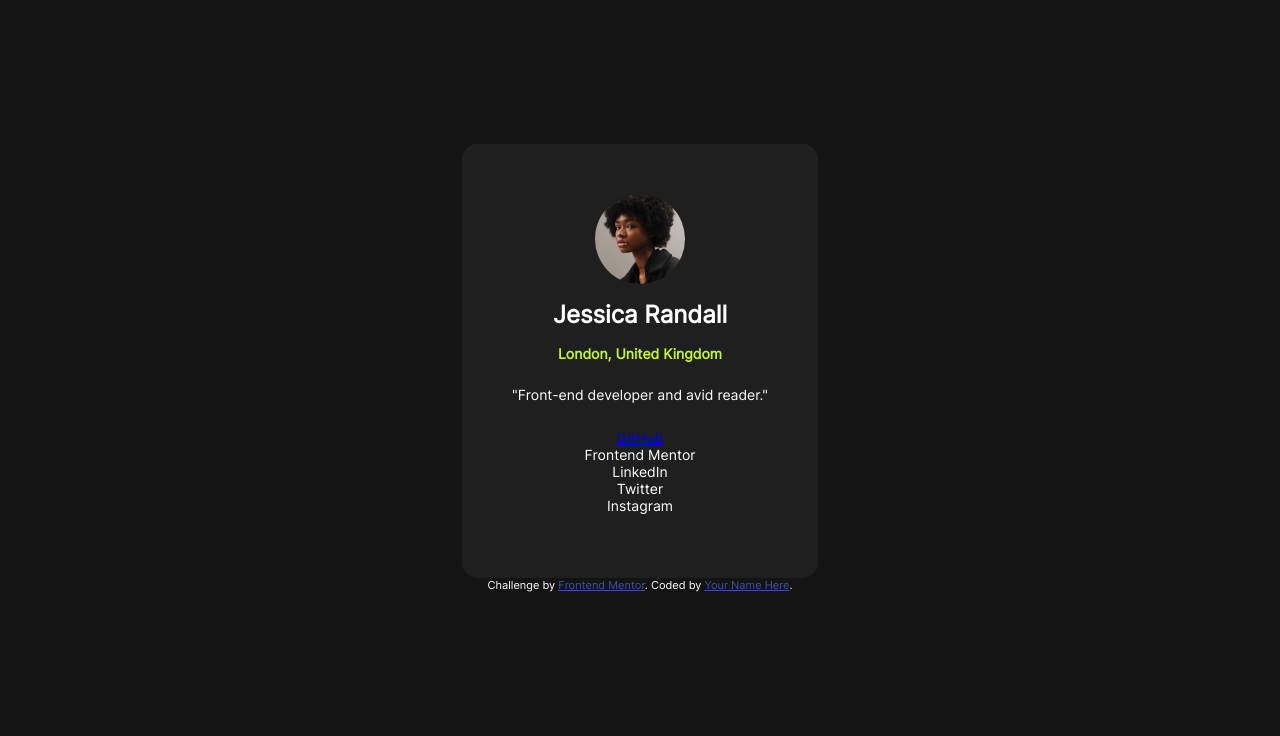
Repository: RudyJ/social-links-profile
Page: index.html
An editor plug-in stored every save of this project. The page is shown before and after the next save, followed by the edit.
The browser window is 1280 px wide. The pictures show the whole page.

Above is the page before, as saved 2024-04-02 19:57:18.

### index.html
<!DOCTYPE html>
<html lang="en">
<head>
  <meta charset="UTF-8">
  <meta name="viewport" content="width=device-width, initial-scale=1.0"> <!-- displays site properly based on user's device -->

  <link rel="icon" type="image/png" sizes="32x32" href="./assets/images/favicon-32x32.png">

  <title>Frontend Mentor | Social links profile</title>

  <link rel="stylesheet" href="./assets/css/style.css" />
  <!-- Feel free to remove these styles or customise in your own stylesheet 👍 -->
  <style>
    .attribution { font-size: 11px; text-align: center; }
    .attribution a { color: hsl(228, 45%, 44%); }
  </style>
</head>
<body>

  <div class="card">
    <div class="imagem">
      <img src="./assets/images/avatar-jessica.jpeg" />
    </div>
    <h1>Jessica Randall</h1>
    <h2>London, United Kingdom</h2>
    <p>"Front-end developer and avid reader."</p>
    <ul>
      <li>
        <a href="#">GitHub</a>
      </li>
      <li>Frontend Mentor</li>
      <li>LinkedIn</li>
      <li>Twitter</li>
      <li>Instagram</li>
    </ul>
  </div>

  <div class="attribution">
    Challenge by <a href="https://www.frontendmentor.io?ref=challenge" target="_blank">Frontend Mentor</a>.
    Coded by <a href="#">Your Name Here</a>.
  </div>
</body>
</html>

### assets/css/style.css
@font-face {
    font-family: 'Inter';
    src: url('../fonts/static/Inter-Regular.ttf');
    font-weight: 400;
}


body {
    background-color: hsl(0, 0%, 8%);
    color: hsl(0, 0%, 100%);
    display: flex;
    flex-direction: column;
    align-items: center;
    justify-content: center;
    height: 100vh;
    overflow: hidden;
    font-family: 'Inter';
    font-weight: 400;
    font-size: 14px;
}


body .card {
    background-color: hsl(0, 0%, 12%);
    padding:  50px;
    box-sizing: border-box;
    border-radius: 15px;
    text-align: center;
}

body .card .imagem {
    width: 35%;
    border-radius: 50%;
    overflow: hidden;
    display: block;
    margin: auto;
}

body .card .imagem img {
    width: 100%;
    display: block;
}


body .card h1 {
    font-size: 24px;
}
body .card h2 {
    color: hsl(75, 94%, 57%);
    font-size: 14px;
    margin-bottom: 24px;
}
body .card p {
    font-size: 14px;
    margin-bottom: 26px;
}

body .card ul {
    list-style: none;
    padding-left: 0;
}

After the next save:
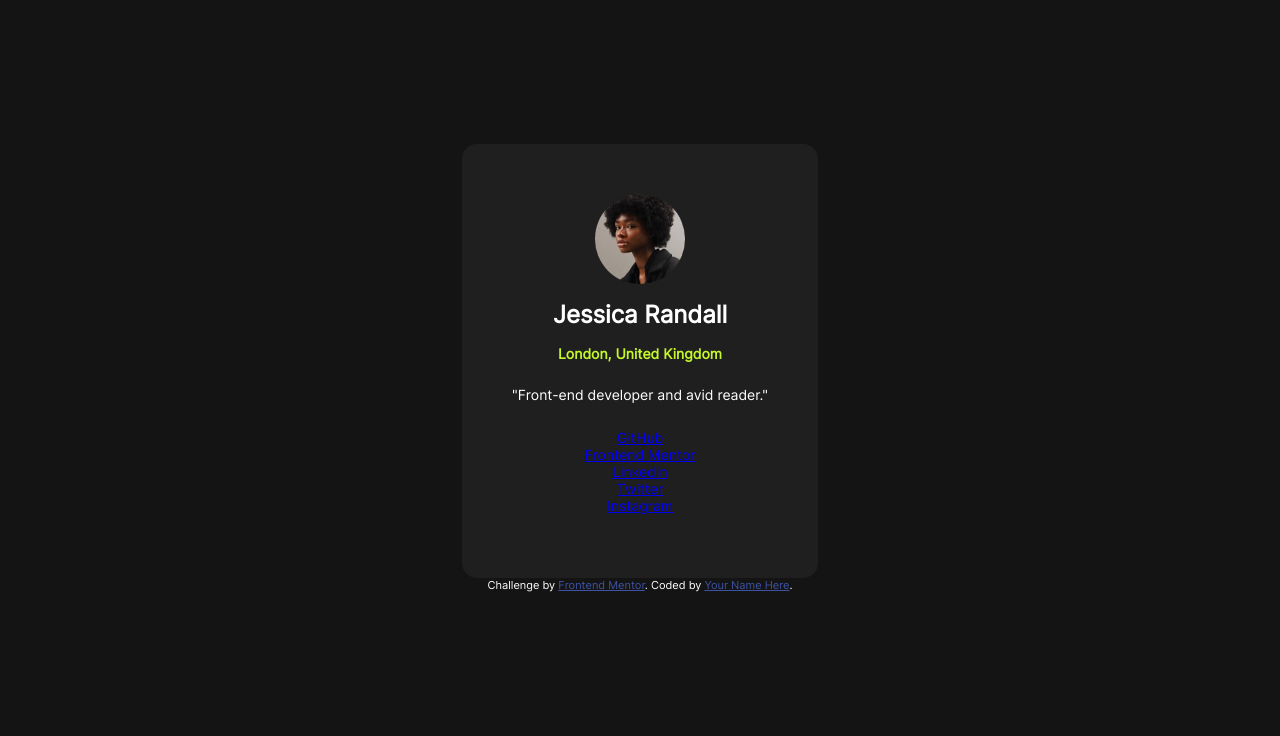
Saved 48 s later.
--- a/index.html
+++ b/index.html
@@ -28,10 +28,10 @@
       <li>
         <a href="#">GitHub</a>
       </li>
-      <li>Frontend Mentor</li>
-      <li>LinkedIn</li>
-      <li>Twitter</li>
-      <li>Instagram</li>
+      <li><a href="#">Frontend Mentor</a></li>
+      <li><a href="#">LinkedIn</a></li>
+      <li><a href="#">Twitter</a></li>
+      <li><a href="#">Instagram</a></li>
     </ul>
   </div>
 
